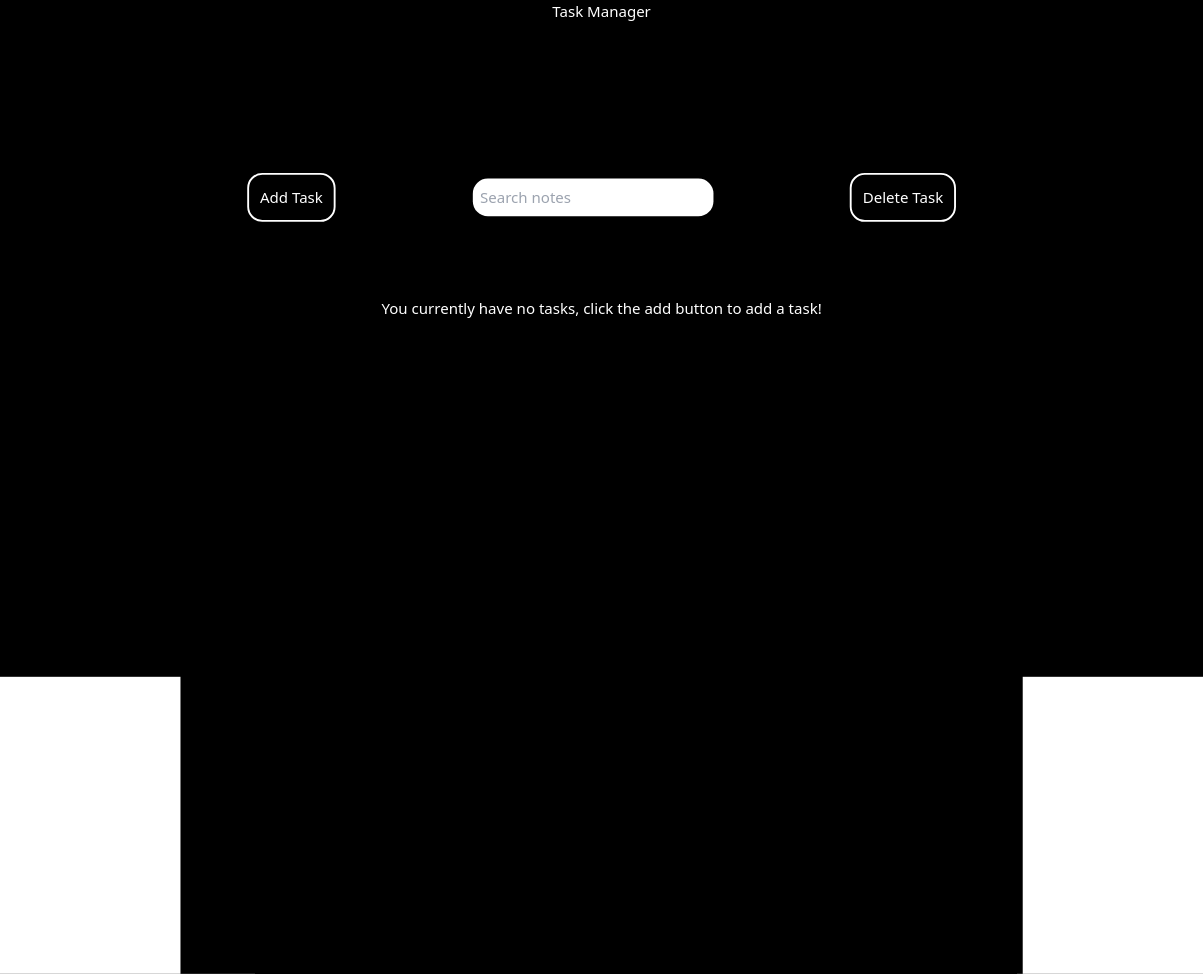
Repository: TMuse333/works-software-assessment
Page: /
The author's editor kept a copy of each file at every save. The page is drawn from the files as they stood at one save, then again after the next save.
The browser window is 1280 px wide. The pictures show the whole page, at 94% of full size.
The project was rebuilt for these pictures with package versions that can differ from the ones it lists, and the page was loaded fresh each time. Also part of the build but not shown: vite.config.js.

Above is the page before, as saved 2024-04-05 05:45:04.

After the next save:
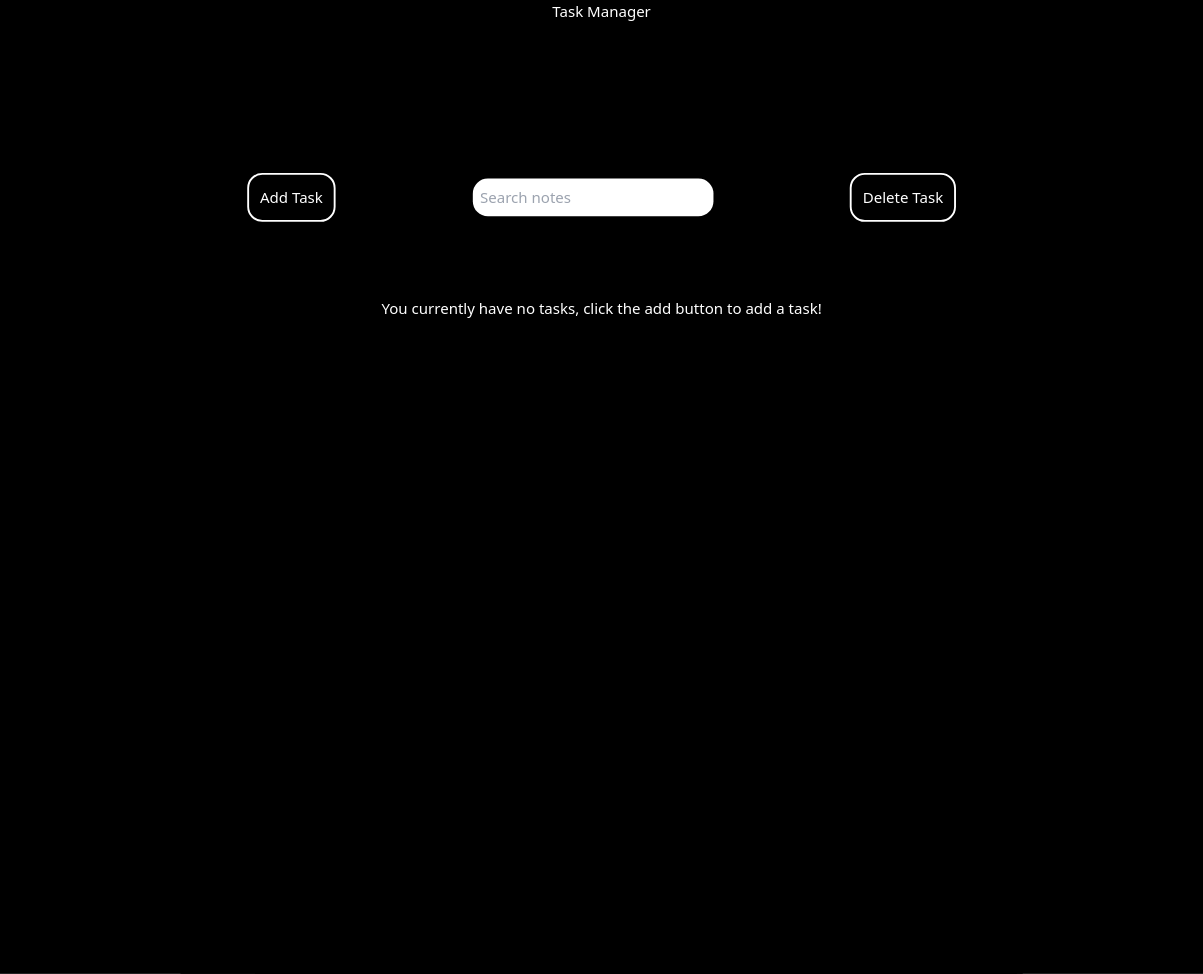
Saved 6 s later.
--- a/src/components/list/list.css
+++ b/src/components/list/list.css
@@ -27,7 +27,9 @@
     margin-top: 10rem;
 }
 
-.list
+.list-wrapper{
+    background-color: black;
+}
 
 .docs-intro{
     color:white;
